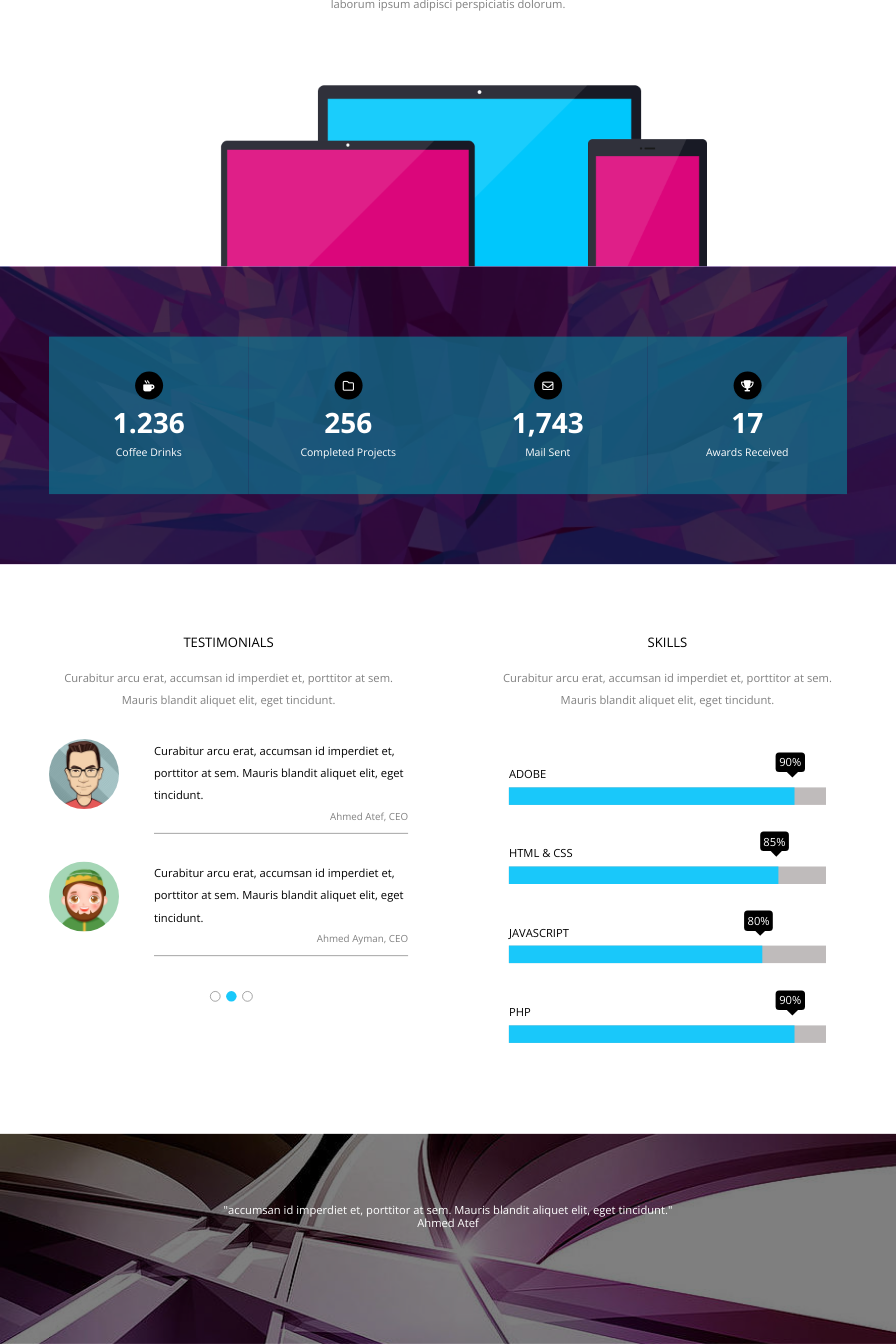
Repository: Ahmed123rezk123/Template_2
Page: index.html
These files come from the project's save history. The page is drawn as it stood at one moment and after the next save; the edit follows.
The browser window is 1280 px wide. The pictures show the part of the page from y = 4247 to 6167 px (the page is 6167 px tall), at 70% of full size.
A picture or video elsewhere on the page could not be fetched, so the positions and the page height are approximate. Some web fonts or font styles are not loaded; a fallback is used.

Above is the page before, as saved 2024-04-15 19:28:26.

After the next save:
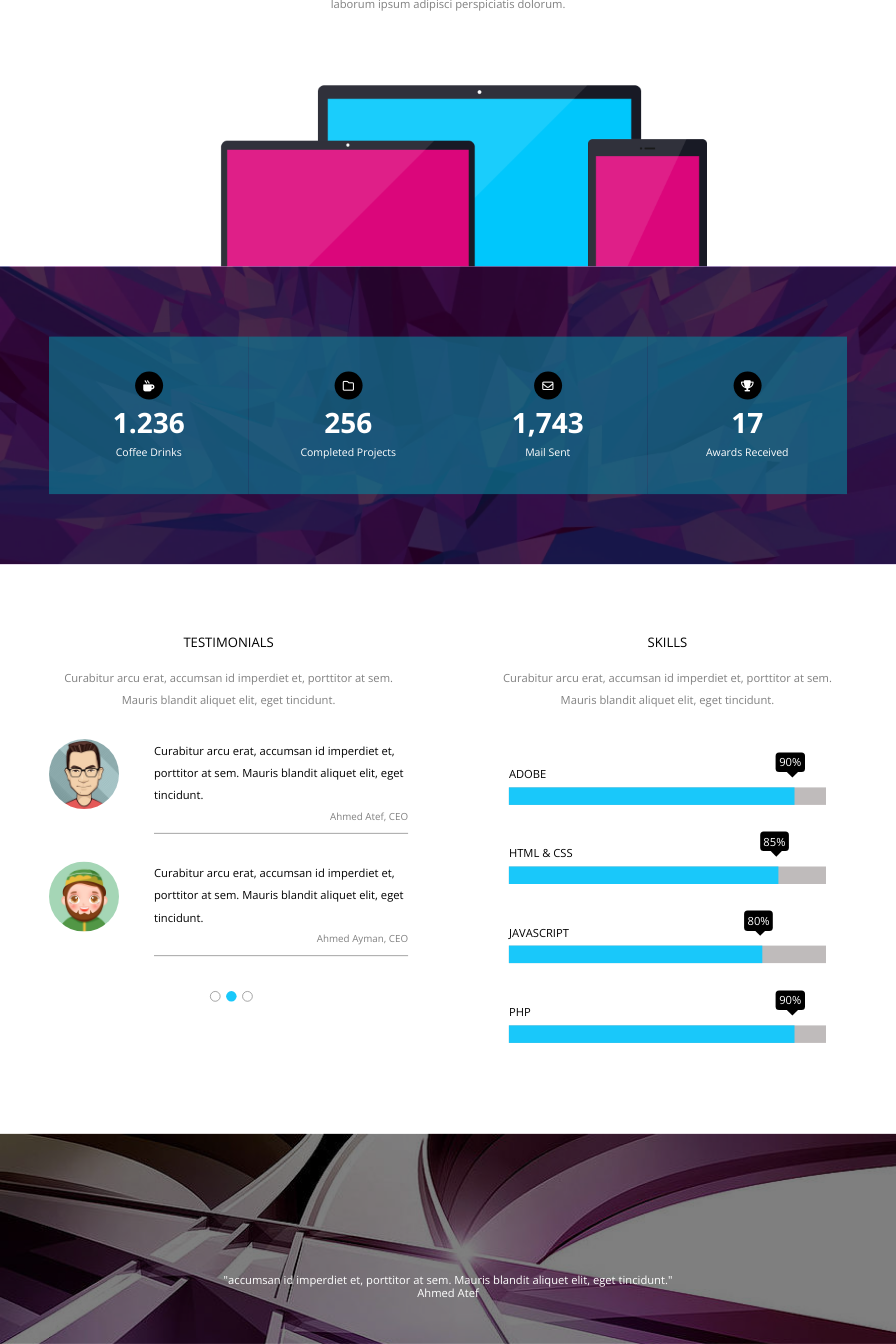
Saved 15 s later.
--- a/css/kasper.css
+++ b/css/kasper.css
@@ -808,6 +808,6 @@ height: 300px;
 .quote .container .content {
 text-align: center;
 color: white;
-margin: 100px auto;
+margin: 200px auto;
 }
 /* End Quote */
